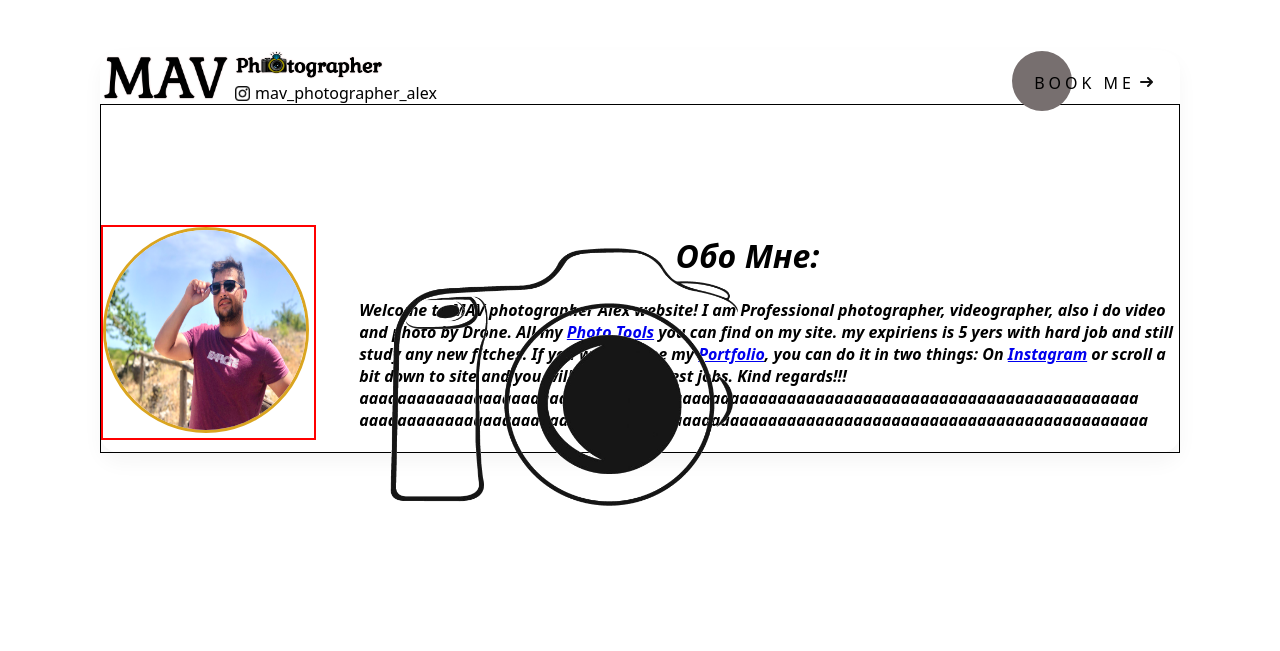
Repository: Dekabrist94/MAV
Page: /
These files come from the project's save history. The page is drawn as it stood at one moment and after the next save; the edit follows.
The browser window is 1280 px wide. The pictures show the whole page.
The project was rebuilt for these pictures with package versions that can differ from the ones it lists, and the page was loaded fresh each time.

Above is the page before, as saved 2023-02-28 22:15:07.

After the next save:
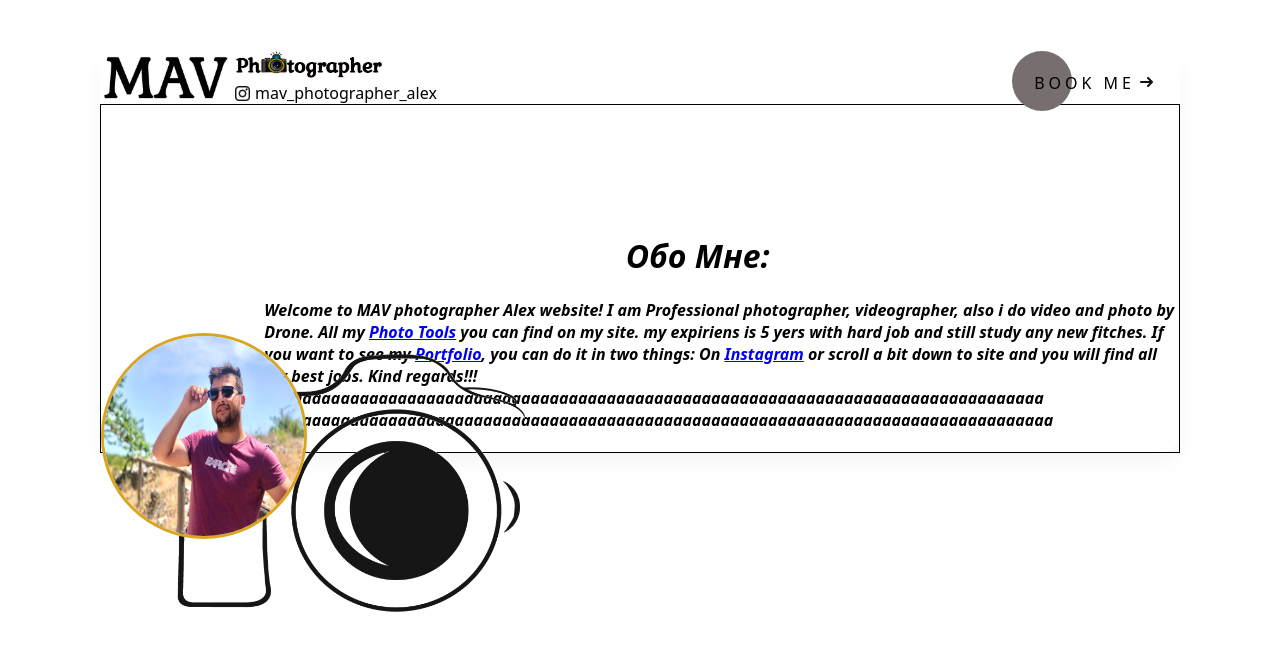
Saved 4 s later.
--- a/src/index.scss
+++ b/src/index.scss
@@ -50,13 +50,14 @@
   justify-content: space-between;
 }
 .proba {
-  border: 2px red solid;
+  width: 50%;
 }
 .camera {
   z-index: 0;
   position: absolute;
 }
 .avatar {
+  position: absolute;
   border-radius: 50%;
   border: 3px goldenrod solid;
   z-index: 1;
